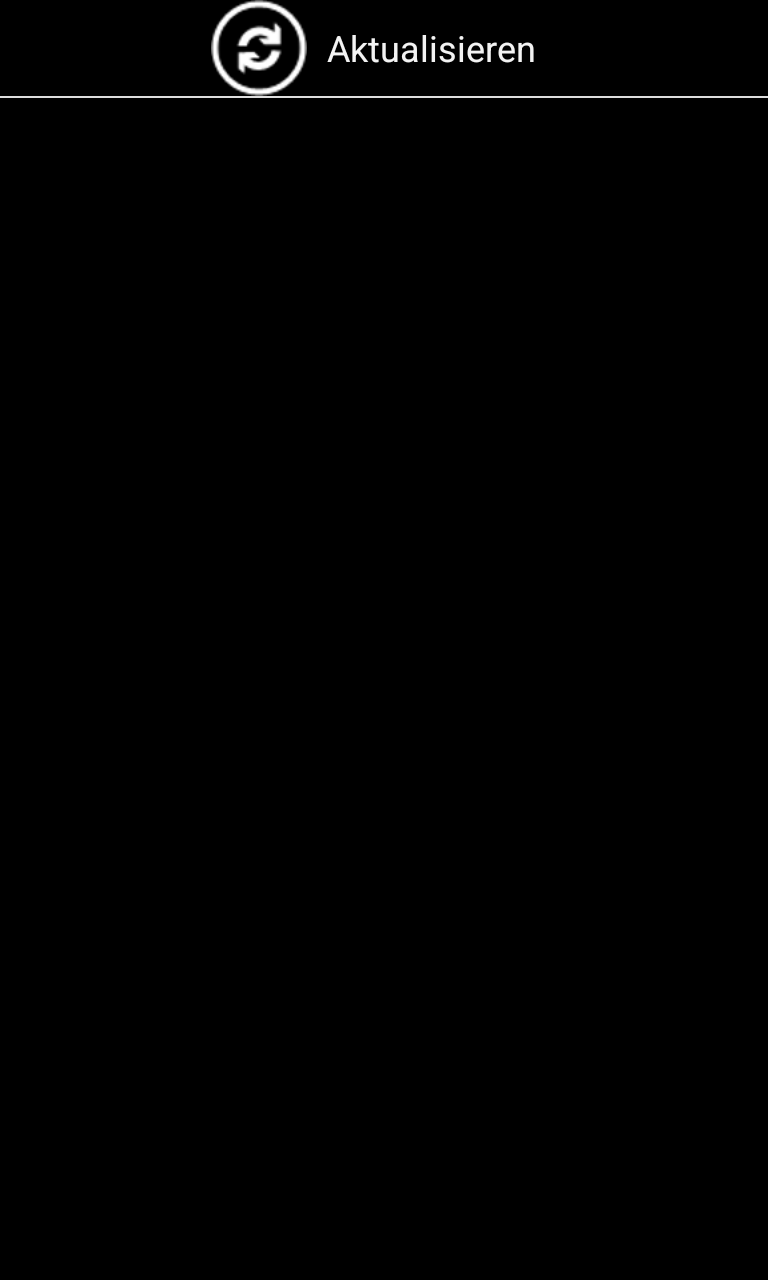
Repository: dwonisch/firefighterapp
Layout: FireFighter/res/layout/main.xml
The author's editor kept a copy of each file at every save. The layout is drawn from the files as they stood at one save, then again after the next save.
It is drawn on a 768 x 1280 px phone screen (xhdpi) without system bars, with theme android:Theme.Holo; the app's code is not run. Lists and similar views that code fills are empty.

Above is the layout before, as saved 2012-10-11 18:36:12.

After the next save:
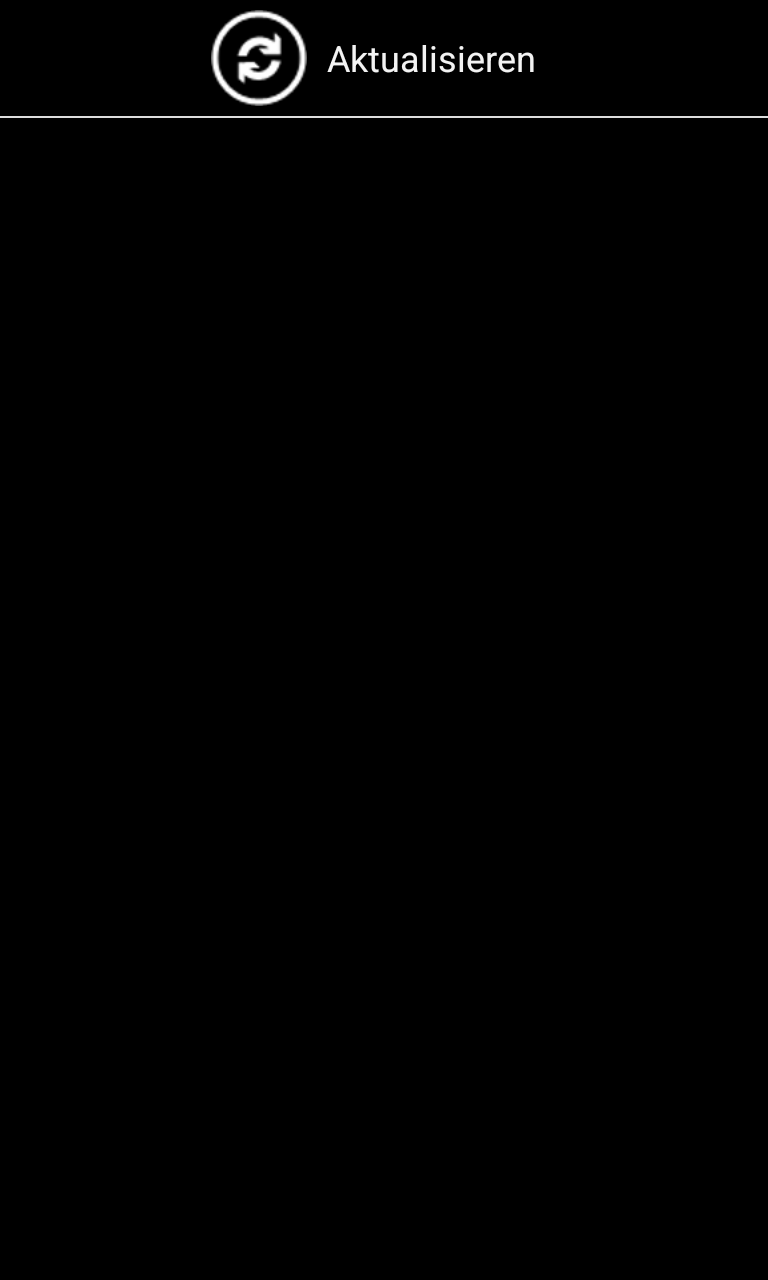
Saved 10 s later.
--- a/FireFighter/res/layout/main.xml
+++ b/FireFighter/res/layout/main.xml
@@ -17,7 +17,7 @@
             android:layout_gravity="center_vertical|center_horizontal"
             android:gravity="center"
             android:onClick="onRefresh"
-            android:paddign="5dp" >
+            android:padding="5dp" >
 
             <ImageView
                 android:layout_width="wrap_content"
